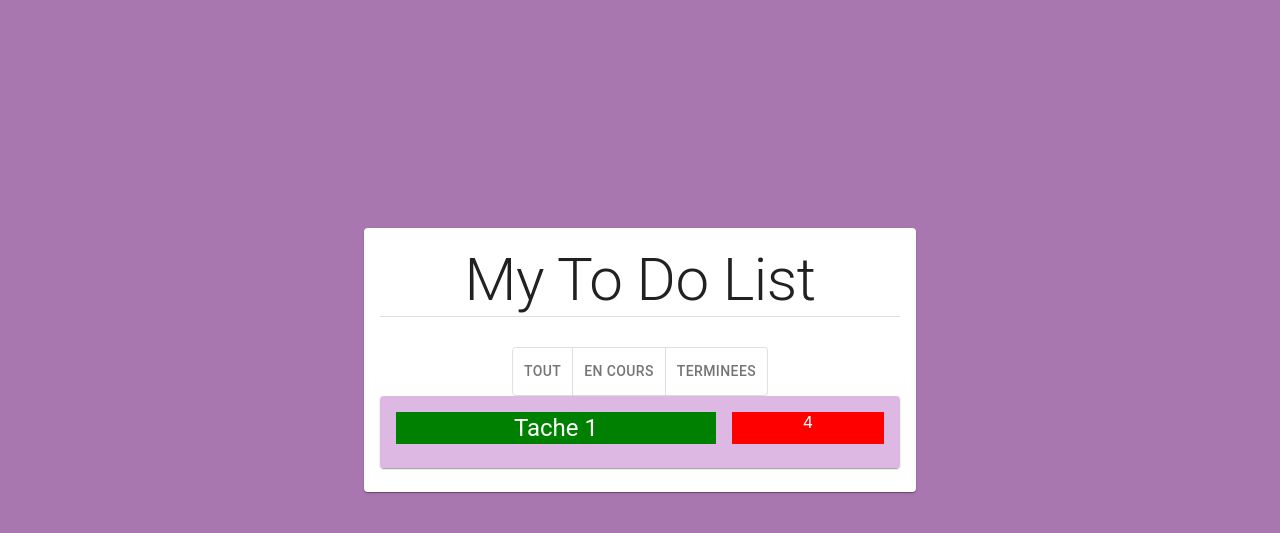
Repository: Fathiyasmine/Todo-list-project
Page: /
An editor plug-in stored every save of this project. The page is shown before and after a run of saves, followed by the edit.
The browser window is 1280 px wide. The pictures show the whole page.
The project was rebuilt for these pictures with package versions that can differ from the ones it lists, and the page was loaded fresh each time.

Above is the page before, as saved 2025-12-07 17:16:55.

After the next 3 saves:
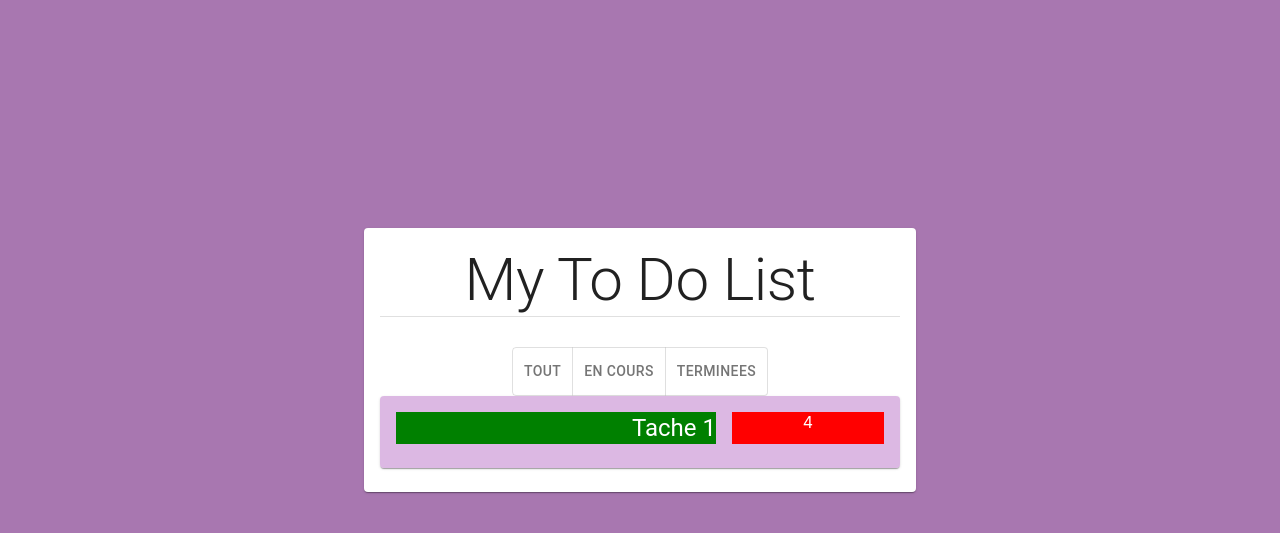
The 3 saves are shown as one change because 2 did not build or start.
The last was saved 119 s later.
--- a/src/components/Todo.js
+++ b/src/components/Todo.js
@@ -10,7 +10,9 @@ export default function Todo() {
         <CardContent>
           <Grid container spacing={2}>
             <Grid size={8} style={{ background: "green" }}>
-              <Typography variant="h5">Tache 1</Typography>
+              <Typography variant="h5" sx={{ textAlign: "right" }}>
+                Tache 1
+              </Typography>
             </Grid>
             <Grid size={4} style={{ background: "red" }}>
               4{" "}
